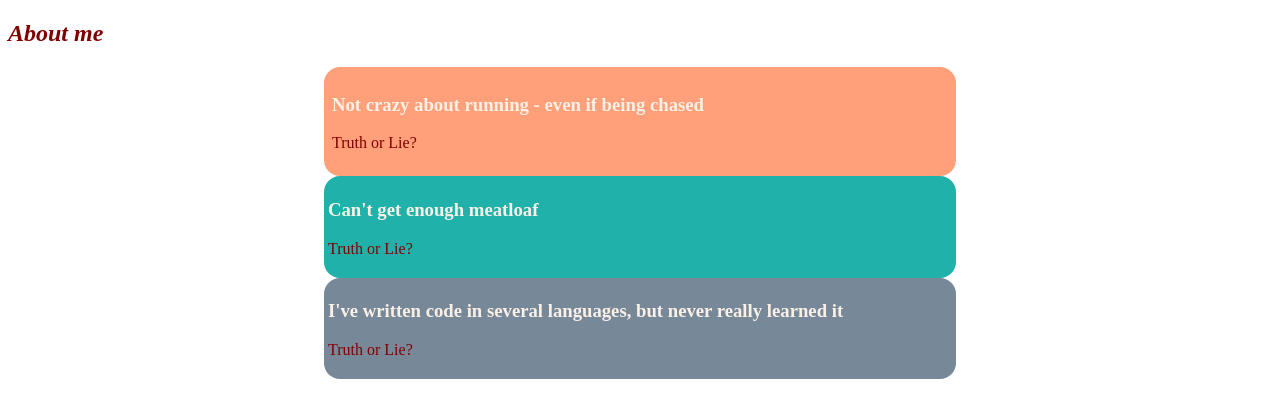
Repository: rodwestmoreland/1150
Page: 2Truths1Lie/index.html
These files come from the project's save history. The page is drawn as it stood at one moment and after the next save; the edit follows.
The browser window is 1280 px wide. The pictures show the whole page.

Above is the page before, as saved 2021-01-25 11:29:04.

### 2Truths1Lie/index.html
<!DOCTYPE html>
<html lang="en">

<head>
    <meta charset="UTF-8">
    <meta name="viewport" content="width=device-width, initial-scale=1.0">
    <link rel="stylesheet" href="style.css">
    <title>2 truths 1 lie </title>
</head>

<body>
    <h2>About me</h2>
    <div class="info">
        <div class="one">

            <h3> Not crazy about running - even if being chased </h3>
            <p>
                Truth or Lie?
            </p>
        </div>
        <div class="two">
            <h3> Can't get enough meatloaf </h3>
            <p>
                Truth or Lie?
            </p>
        </div>
        <div class="three">

            <h3> I've written code in several languages, but never really learned it </h3>
            <p>
                Truth or Lie?
            </p>
        </div>
    </div>
</body>

</html>

### 2Truths1Lie/style.css
h2 {
    color: maroon;
    font-style: italic;
}

.info {
    font-weight: 500;
    color: linen;

    width: 50%;
    margin: 0 auto;
}

.info p {
    color: maroon;
}

.one {
    background-color: lightsalmon;
    padding: .5em;
    border-radius: 1em;
}

.two {
    background-color: lightseagreen;
    padding: .25em;
    border-radius: 1em;
}

.three {
    background-color: lightslategrey;
    padding: .25em;
    border-radius: 1em;
}

After the next save:
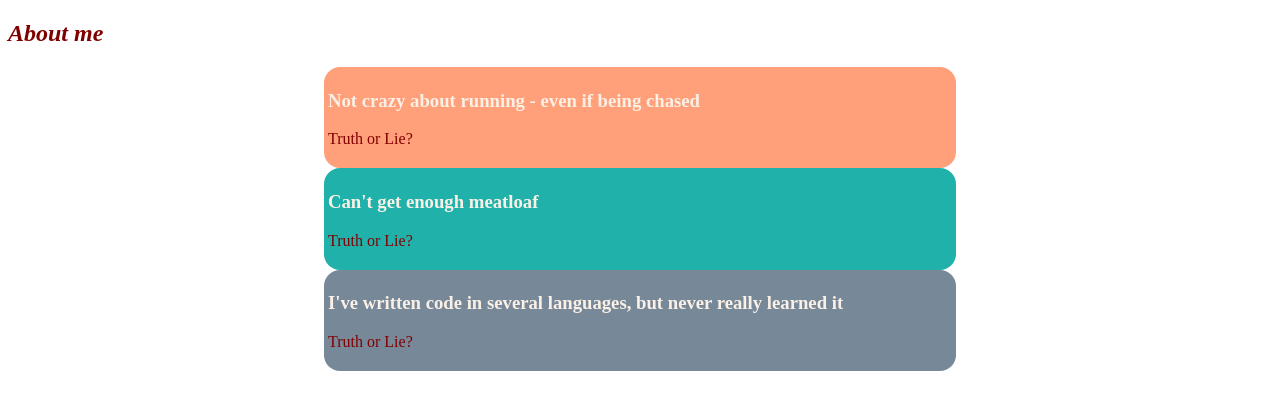
Saved 36 s later.
--- a/2Truths1Lie/style.css
+++ b/2Truths1Lie/style.css
@@ -17,7 +17,7 @@ h2 {
 
 .one {
     background-color: lightsalmon;
-    padding: .5em;
+    padding: .25em;
     border-radius: 1em;
 }
 
